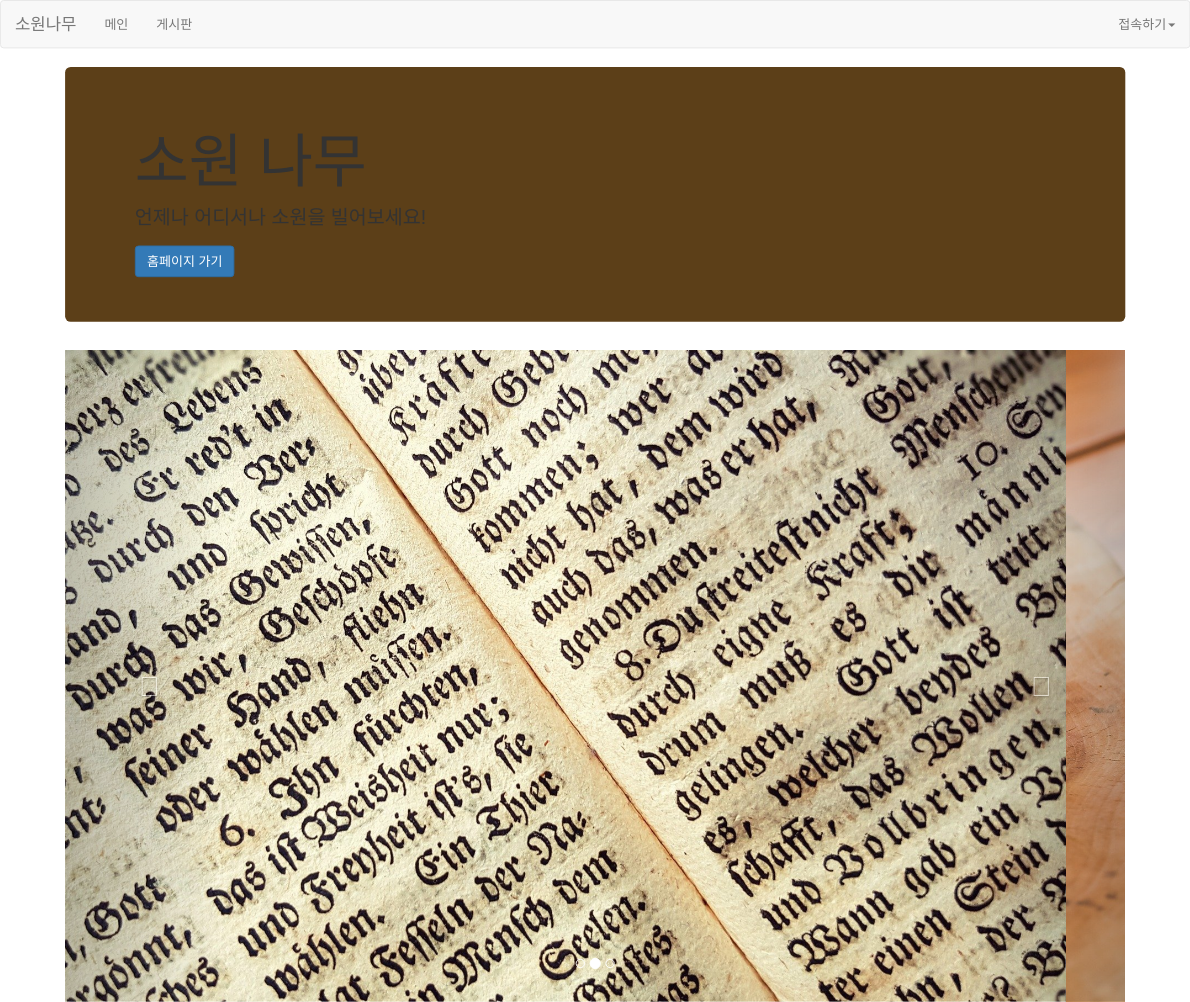
Repository: jongah/WishTree
Page: http://localhost/text/main.jsp
An editor plug-in stored every save of this project. The page is shown before and after the next save, followed by the edit.
The browser window is 1280 px wide. The pictures show the whole page, at 93% of full size.
Some web fonts or font styles are not loaded; a fallback is used. Some web libraries are served in a nearby version. The page is served by Tomcat 9.

Above is the page before, as saved 2021-05-05 14:42:26.

After the next save:
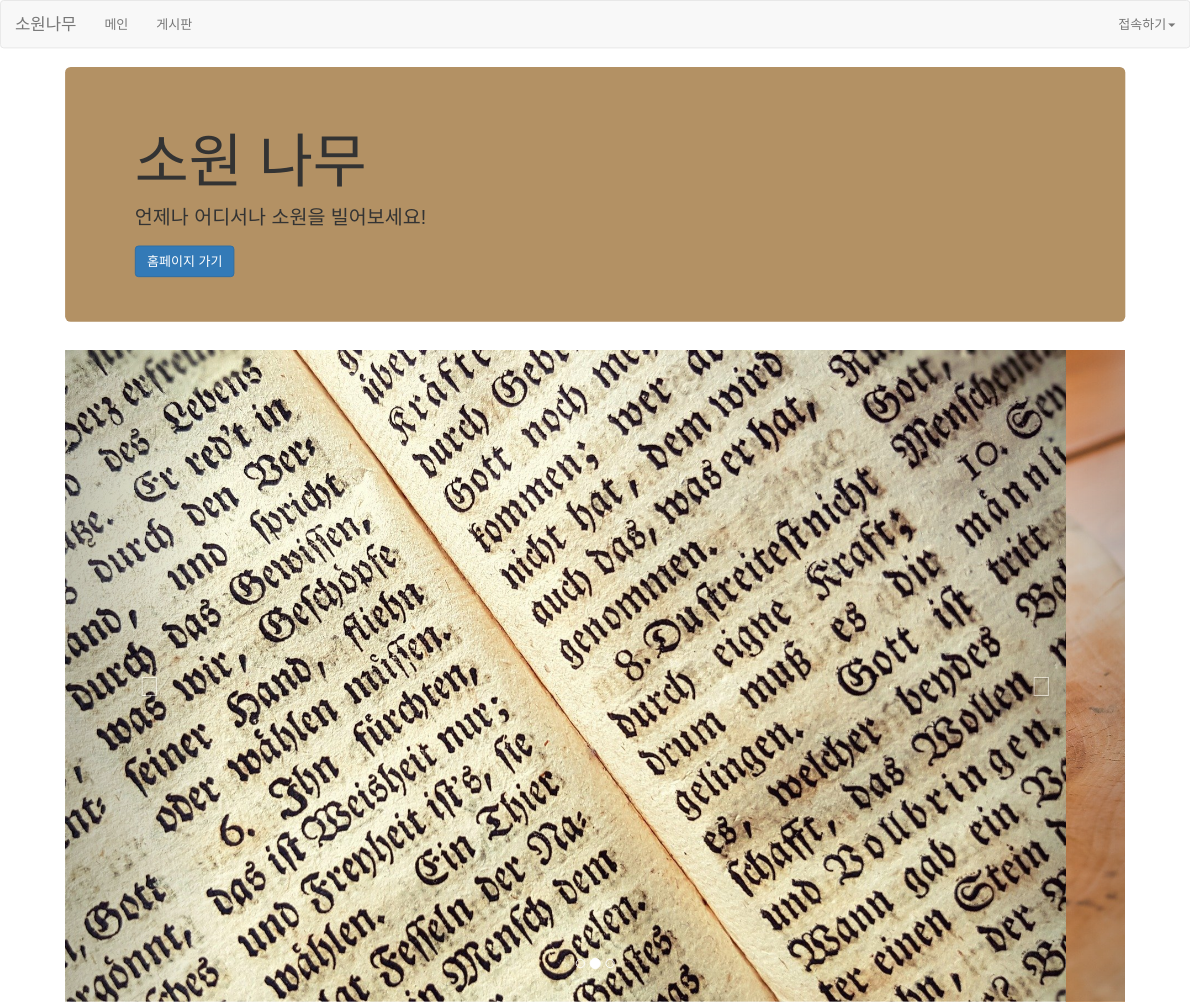
Saved 32 s later.
--- a/text/WebContent/css/custom.css
+++ b/text/WebContent/css/custom.css
@@ -8,5 +8,5 @@
 	font-family : 'Hanna', sans-serif;
 }
 .jumbotron{
-	background-color: #5c3f18;
+	background-color: #b39164;
 }
